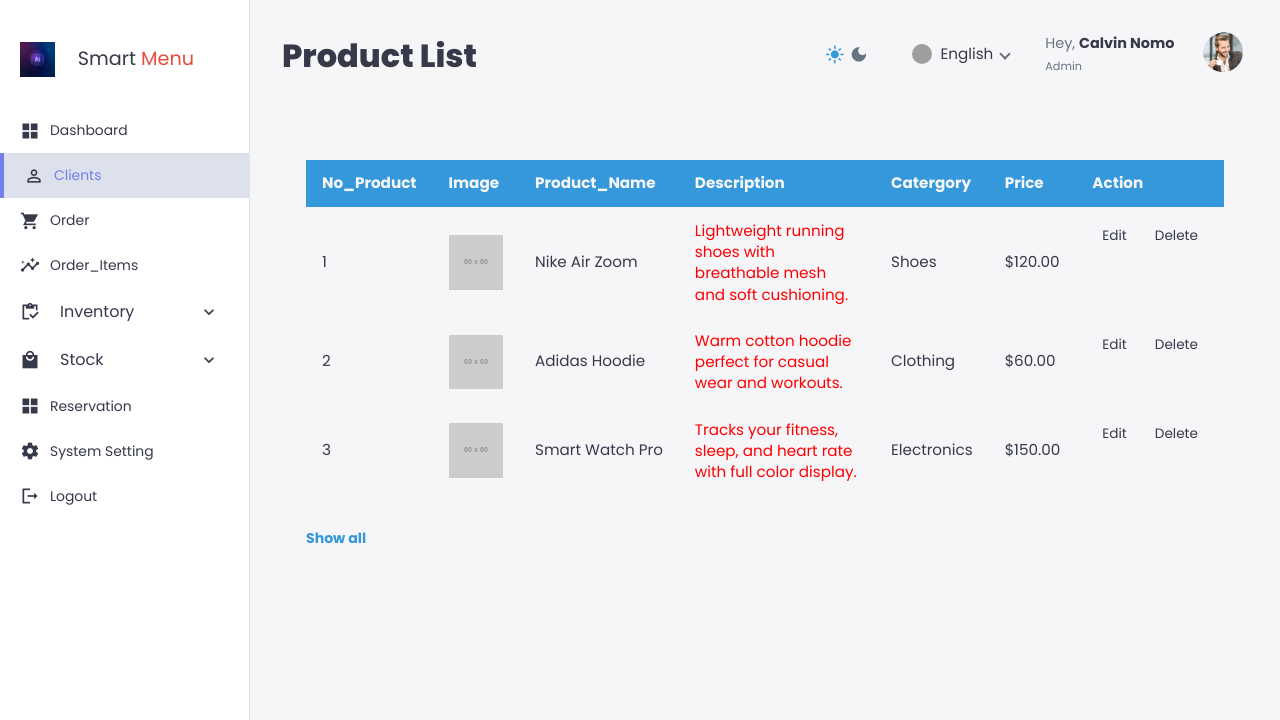
Repository: Calvin-Nomo/Hash-code
Page: product_list.html
The author's editor kept a copy of each file at every save. The page is drawn from the files as they stood at one save, then again after the next save.
The browser window is 1280 px wide. The pictures show the whole page.
Pictures or frames that could not be fetched are drawn as grey boxes. The page's requests for data from a server got no answer.

Above is the page before, as saved 2025-10-09 11:35:14.

After the next save:
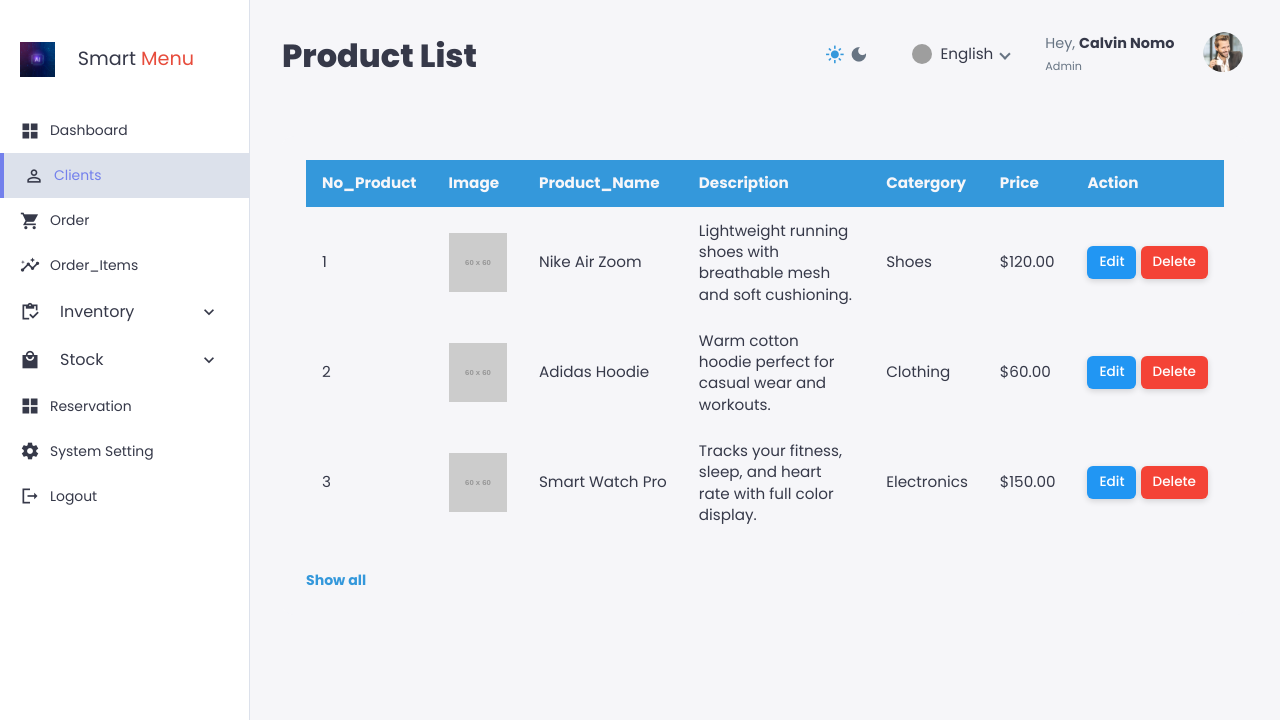
Saved 68 min 2 s later.
--- a/css/index.css
+++ b/css/index.css
@@ -426,23 +426,83 @@ main small.text-muted {
 /* Allow the description to wrap text */
 .recent-orders td.description {
   white-space: normal;
-  max-width: 300px;
+  max-width: 200px;
   line-height: 1.4;
-  color: red;
-}
-.recent-orders td.actions {
-  display: flex;
-  align-items: center;
-  gap: 8px;
-}
-
-.recent-orders td.actions button {
+}
+/* .delete-btn{
+  background-color: #e74c3c;
+  color: white;
+  border: none;
   padding: 6px 10px;
-  border: none;
   border-radius: 6px;
   cursor: pointer;
   font-size: 0.85rem;
 }
+.recent-orders td.actions {
+  display: flex;
+  align-items: center;
+  gap: 8px;
+}
+
+.recent-orders td.actions button {
+  padding: 6px 10px;
+  border:2px solid #3498db;
+  border-radius: 6px;
+  cursor: pointer;
+  font-size: 0.85rem;
+} */
+/* Common button styles */
+.recent-orders td.actions button {
+  padding: 6px 12px;
+  border: none;
+  border-radius: 6px;
+  font-size: 0.85rem;
+  cursor: pointer;
+  font-weight: 500;
+  transition: all 0.3s ease; /* smooth transition for hover/focus */
+  box-shadow: 0 2px 6px rgba(0,0,0,0.15);
+}
+
+/* Edit Button */
+.edit-btn {
+  background-color: #2196f3;
+  color: white;
+}
+
+.edit-btn:hover {
+  background-color: #1976d2;
+  transform: translateY(-2px) scale(1.05);
+  box-shadow: 0 4px 10px rgba(0,0,0,0.2);
+}
+
+.edit-btn:focus {
+  outline: 2px solid #90caf9;
+  outline-offset: 2px;
+}
+
+/* Delete Button */
+.delete-btn {
+  background-color: #f44336;
+  color: white;
+}
+
+.delete-btn:hover {
+  background-color: #d32f2f;
+  transform: translateY(-2px) scale(1.05);
+  box-shadow: 0 4px 10px rgba(0,0,0,0.2);
+}
+
+.delete-btn:focus {
+  outline: 2px solid #ef9a9a;
+  outline-offset: 2px;
+}
+
+/* Optional: subtle bounce animation on click */
+.recent-orders td.actions button:active {
+  transform: scale(0.95);
+  box-shadow: 0 1px 3px rgba(0,0,0,0.15);
+}
+
 
 .recent-orders tbody tr:hover {
   background-color: var(--color-background);
